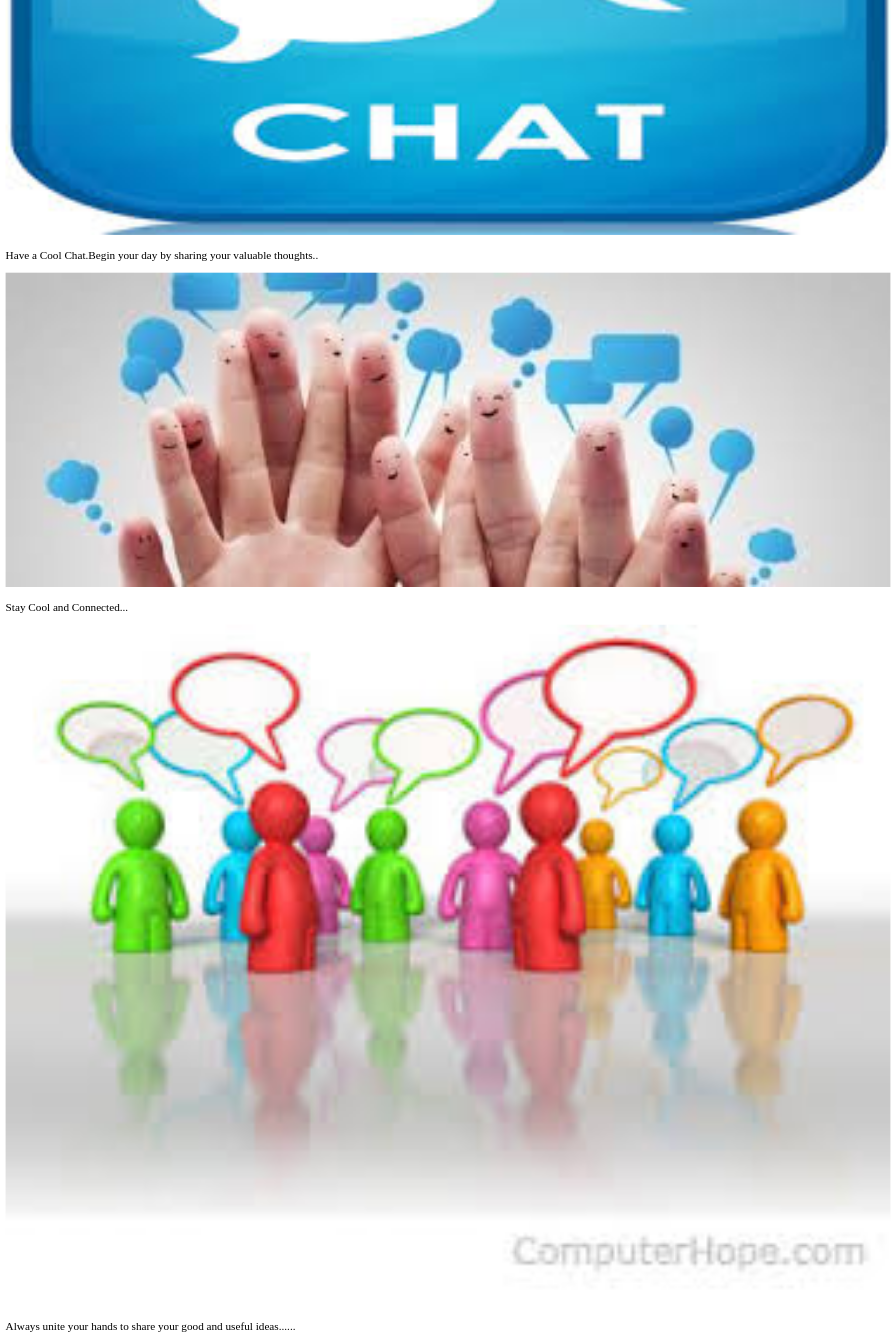
Repository: Abinayasivapraba/ChatProject
Page: FireChat/WebContent/Home/Home.html
The author's editor kept a copy of each file at every save. The page is drawn from the files as they stood at one save, then again after the next save.
The browser window is 1280 px wide. The pictures show the part of the page from y = 2911 to 4831 px (the page is 4831 px tall before and 4626 px after), at 70% of full size.

Above is the page before, as saved 2017-08-13 06:03:54.

After the next save:
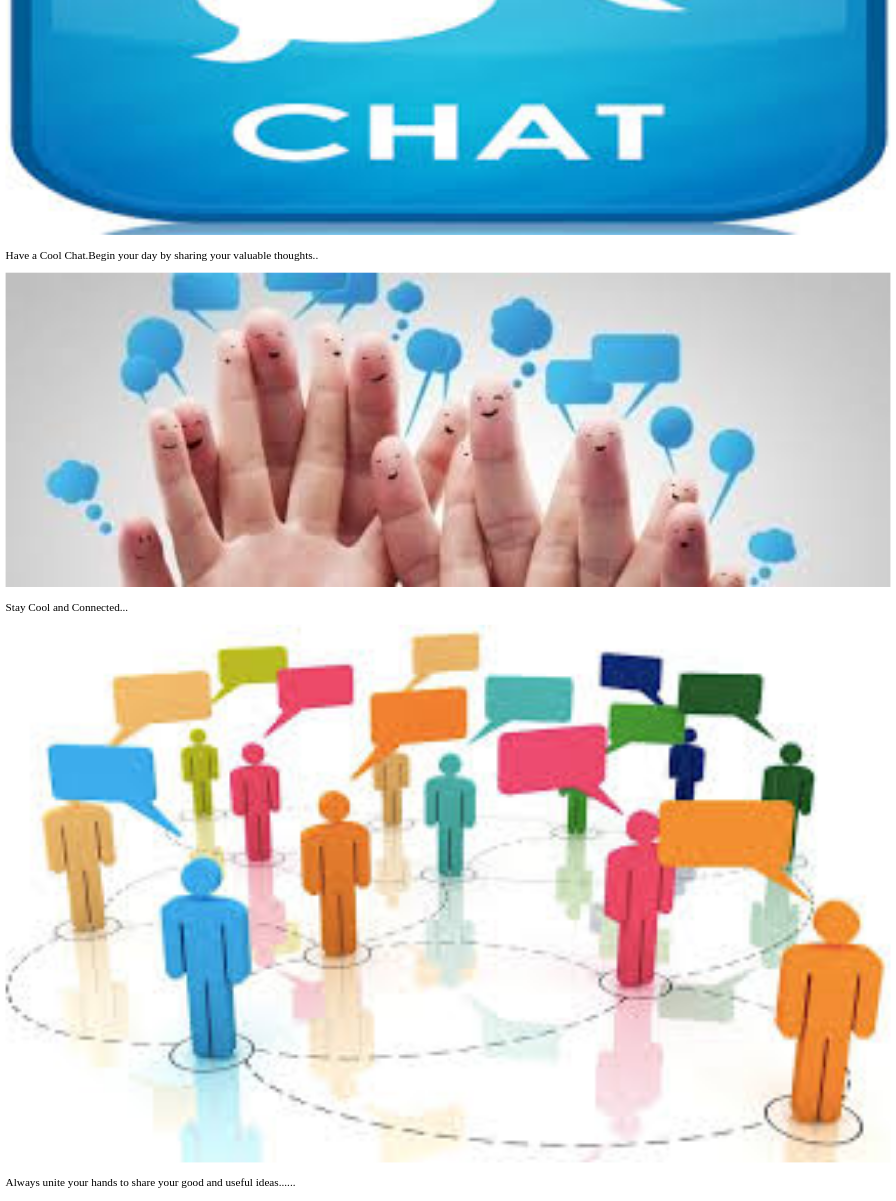
Saved 40 s later.
--- a/FireChat/WebContent/Home/Home.html
+++ b/FireChat/WebContent/Home/Home.html
@@ -42,7 +42,7 @@
 
 		<div class="col-md-4 mix category-a">
 		    <div class="single-portfolio">
-				<img src="resources/chat4.jpg" alt="Students" style="width:100%;">
+				<img src="resources/chat5.jpg" alt="Students" style="width:100%;">
                 <p>Always unite your hands to share your good and useful ideas......</p>
 	    </div>
 		</div>
